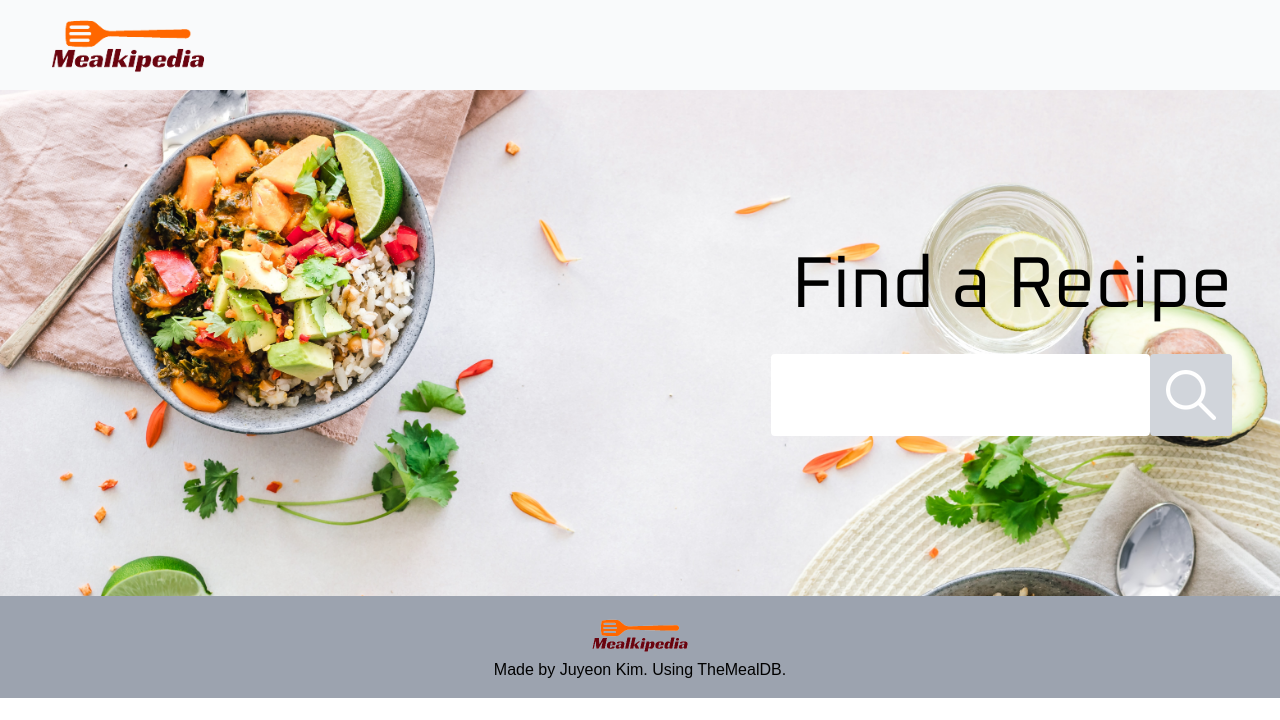
Repository: Jay-JYKim91/grj_mealkipedia
Page: /
The author's editor kept a copy of each file at every save. The page is drawn from the files as they stood at one save, then again after the next save.
The browser window is 1280 px wide. The pictures show the whole page.
Some web fonts or font styles are not loaded; a fallback is used. The project was rebuilt for these pictures with package versions that can differ from the ones it lists, and the page was loaded fresh each time. Also part of the build but not shown: src/pages/recipe/recipe.tsx, src/pages/search/search.tsx.

Above is the page before, as saved 2022-06-21 15:41:20.

### public/index.html
<!DOCTYPE html>
<html lang="en">
  <head>
    <meta charset="utf-8" />
    <link rel="icon" href="%PUBLIC_URL%/favicon.ico" />
    <link rel="preconnect" href="https://fonts.googleapis.com">
    <link rel="preconnect" href="https://fonts.gstatic.com" crossorigin>
    <link href="https://fonts.googleapis.com/css2?family=Biryani:wght@300;400&family=Oxanium:wght@300;400;500&family=Racing+Sans+One&display=swap" rel="stylesheet">
    <meta name="viewport" content="width=device-width, initial-scale=1" />
    <meta name="theme-color" content="#000000" />
    <meta
      name="description"
      content="Web site created using create-react-app"
    />
    <title>Mealkipedia</title>
  </head>
  <body>
    <div id="root"></div>
  </body>
</html>

### src/index.tsx
import React from 'react';
import ReactDOM from 'react-dom/client';
import './index.css';
import App from './app';
import { BrowserRouter } from 'react-router-dom';

const root = ReactDOM.createRoot(
  document.getElementById('root') as HTMLElement
);

root.render(
  <React.StrictMode>
    <BrowserRouter>
      <App />
    </BrowserRouter>
  </React.StrictMode>
);

### src/App.tsx
import React from 'react';
import { Route, Routes } from 'react-router-dom';
import Footer from './component/footer/footer';
import Header from './component/header/header';
import Home from './pages/home/home';
import Recipe from './pages/recipe/recipe';
import Search from './pages/search/search';

const App: React.FC = () => {

  return (
    <>
      <Header />
      <main>
        <Routes>
          <Route path='/' element={
            <Home />
          } />
          <Route path='search' element={
            <Search />
          } />
          <Route path='recipe' element={
            <Recipe />
          } />
        </Routes>
      </main>
      <Footer />
    </>
  );
}

export default App;

### src/component/footer/footer.tsx
import React from 'react';

const Footer = () => {
    console.log(React);

    return (
        <footer className="flex flex-col items-center justify-center px-12 py-4 bg-gray-400">
            <img src="/logo.png" alt="logo" width="100" />
            <p className="font-body2_font">Made by Juyeon Kim. Using TheMealDB.</p>
        </footer>
    )
};

export default Footer;

### src/component/header/header.tsx
import React from 'react';

const Header = () => {
    console.log(React);

    return (
        <header className="px-12 py-2 shadow-md bg-gray-50">
            <img src='/logo.png' alt="logo" width="160" />
        </header>
    )
}

export default Header;

### src/pages/home/home.tsx
import React from 'react';

const Home: React.FC = () => {

    return (
        <section className="px-12 py-40 bg-cover bg-[url('images/main_background.jpg')] text-right">
            <h1 className="font-body1_font text-7xl mb-8">Find a Recipe</h1>
            <div className="flex justify-end">
                <input type="search" className="p-4 text-3xl font-body1_font rounded  border-black" />
                <button className="p-4 bg-gray-300 rounded">
                    <img src="./search.png" alt="search" />
                </button>
            </div>
        </section>

    )
};

export default Home;

### tailwind.config.js
/** @type {import('tailwindcss').Config} */
module.exports = {
  content: [
    "./src/**/*.{js,jsx,ts,tsx}",
  ],
  darkMode: false, // or 'media' or 'class'
  theme: {
    extend: {
      fontFamily: {
        'heading_font': ['Racing Sans One', 'cursive'],
        'body1_font': ['Oxanium', 'cursive'],
        'body2_font': ['Biryani', 'sans-serif']
      }
    },
  },
  plugins: [],
}

Loaded but not shown: src/index.css (common file)

After the next save:
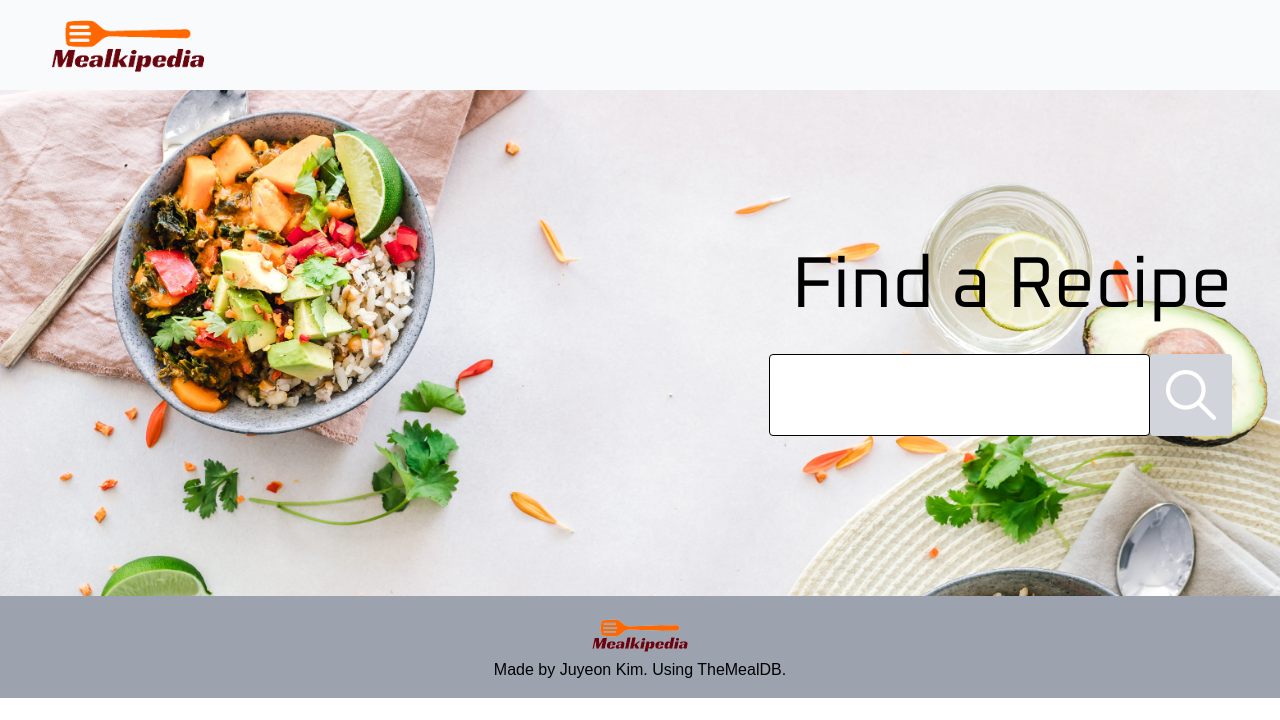
Saved 46 s later.
--- a/src/pages/home/home.tsx
+++ b/src/pages/home/home.tsx
@@ -6,7 +6,7 @@ const Home: React.FC = () => {
         <section className="px-12 py-40 bg-cover bg-[url('images/main_background.jpg')] text-right">
             <h1 className="font-body1_font text-7xl mb-8">Find a Recipe</h1>
             <div className="flex justify-end">
-                <input type="search" className="p-4 text-3xl font-body1_font rounded  border-black" />
+                <input type="search" className="p-4 text-3xl font-body1_font rounded border border-black" />
                 <button className="p-4 bg-gray-300 rounded">
                     <img src="./search.png" alt="search" />
                 </button>
